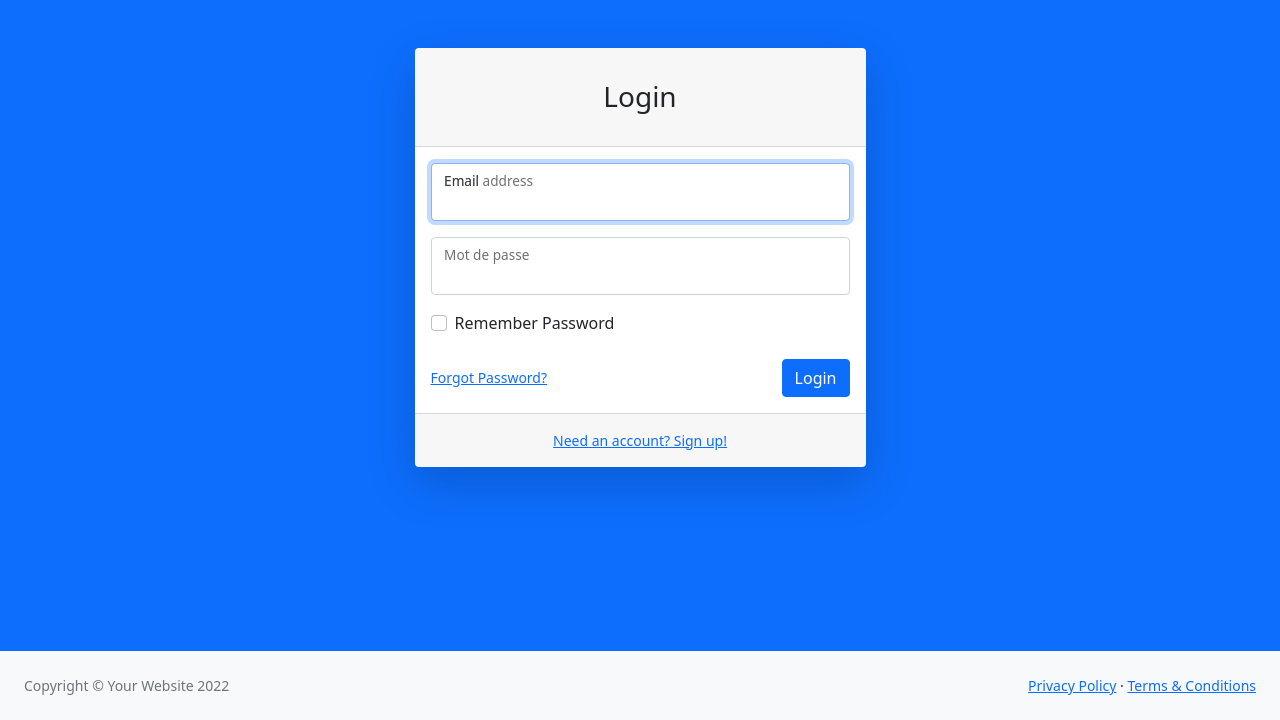
Repository: freddy1212/adulams
Page: templates/security/login.html.twig
The author's editor kept a copy of each file at every save. The page is drawn from the files as they stood at one save, then again after the next save.
The browser window is 1280 px wide. The pictures show the whole page.
Some web libraries are served in a nearby version. The page is a Twig template of a Symfony application; nobody is signed in and links lead nowhere. The template is opened directly, without the code that normally fills it, so the values that code supplies are empty.

Above is the page before, as saved 2022-08-29 18:35:53.

After the next save:
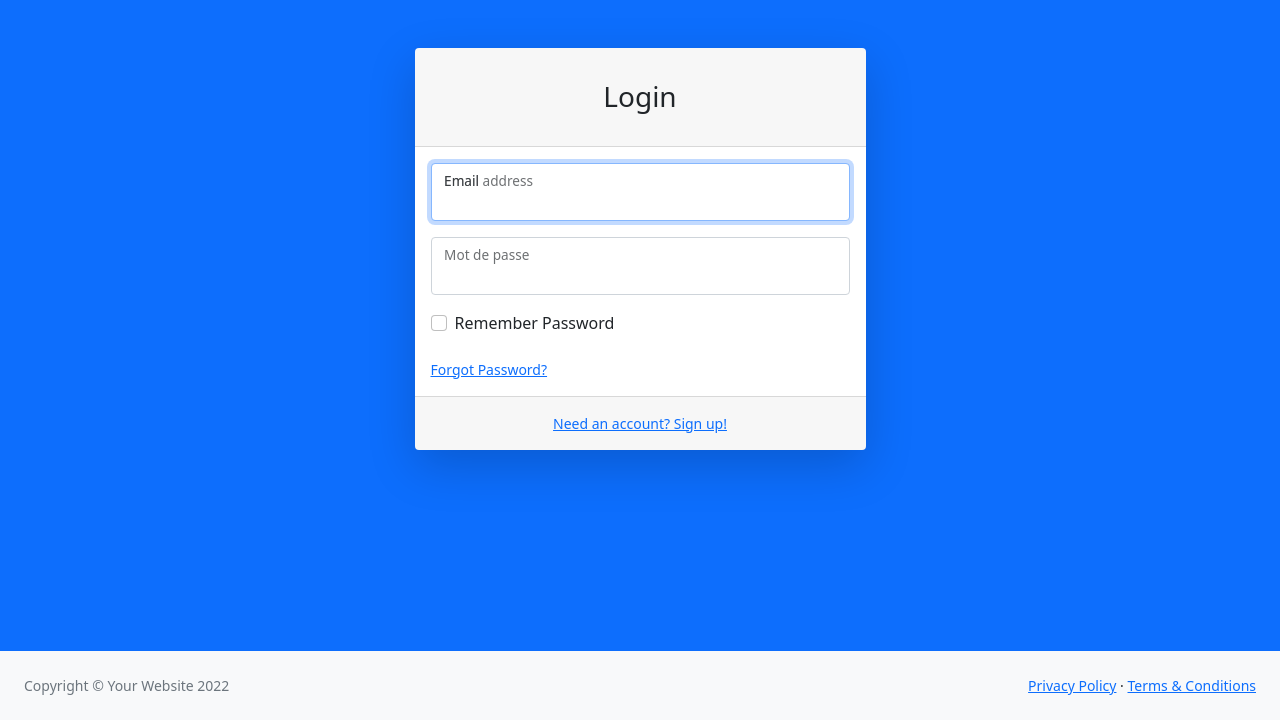
Saved 9 min 23 s later.
--- a/templates/security/login.html.twig
+++ b/templates/security/login.html.twig
@@ -45,7 +45,7 @@
                                             </div>
                                             <div class="d-flex align-items-center justify-content-between mt-4 mb-0">
                                                 <a class="small" href="password.html">Forgot Password?</a>
-                                                <a class="btn btn-primary" href="index.html">Login</a>
+
                                             </div>
                                         </form>
                                         {% endblock %}
